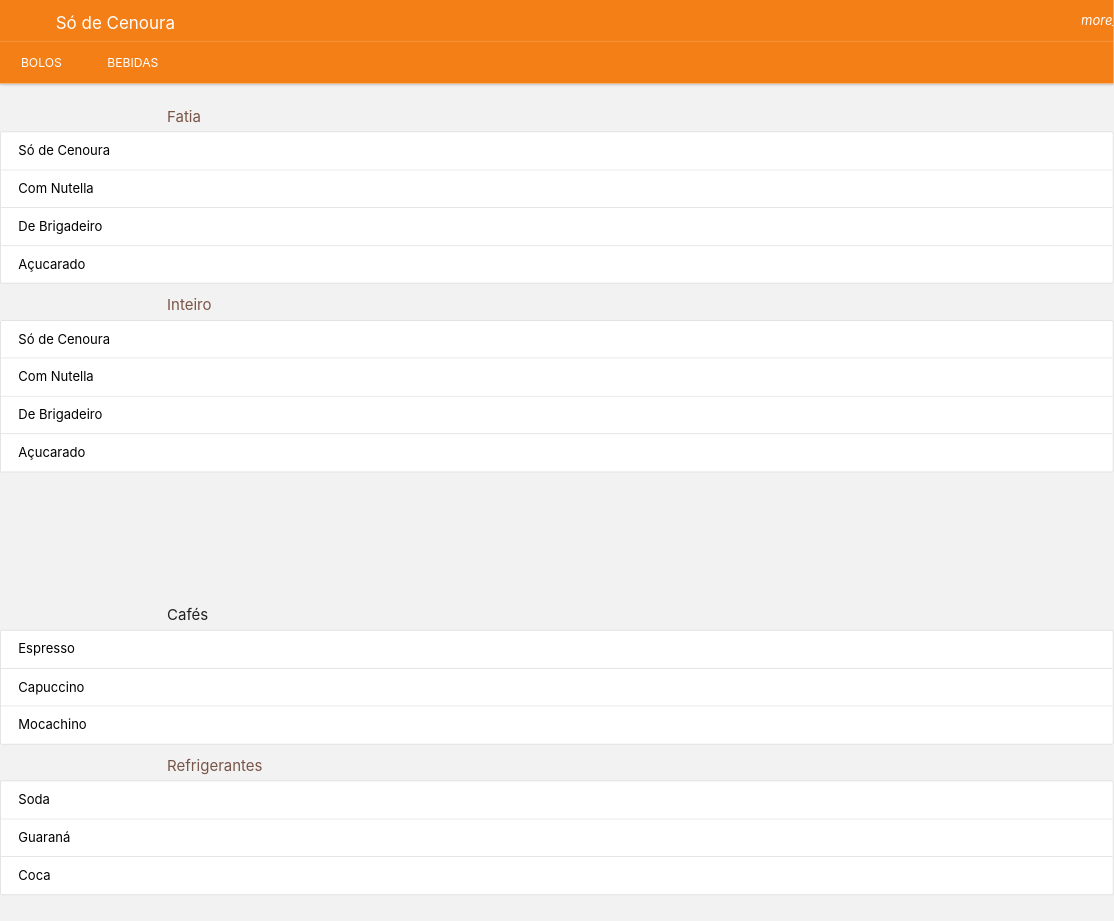
Repository: TaRCioS-CLaY/Mobile_RC_Clay
Page: garconapp/www/index.html
These files come from the project's save history. The page is drawn as it stood at one moment and after the next save; the edit follows.
The browser window is 1280 px wide. The pictures show the whole page, at 87% of full size.

Above is the page before, as saved 2019-05-02 23:45:53.

### garconapp/www/index.html
<!DOCTYPE html>
<html>
  <head>
    <meta	name="viewport" content="width=device-width,	initial-scale=1">
    <meta	charset="utf-8">
    <title>Só	de	Cenoura	Garçom</title>
    <!-- <link	rel="stylesheet" href="css/MaterialIcons-Regular.ttfs"> -->
    <link	rel="stylesheet" href="css/materialize.css">
    <link	rel="stylesheet" href="css/estilos.css">
  </head>
  <body>

    <div	class="topo-fixo	z-depth-1">
    <div	class="valign-wrapper	yellow	darken-4	white-text">
      <h5	class="titulo">Só	de	Cenoura</h5>

      <div>
              <i	class="material-icons	waves-effect
               waves-light	waves-circle">more_vert</i>
      </div>
</div>

    <ul	class="tabs	yellow	darken-4">
      <li	class="tab">
        <a	href="#bolos"
           class="white-text	waves-effect	waves-light">
          Bolos
        </a>
      </li>
      <li	class="tab">
        <a	href="#bebidas"
           class="white-text	waves-effect	waves-light">
          Bebidas
        </a>
      </li>
    </ul>
  </div>

    <div	id="bolos" class="section">
      <h6 class="container brown-text">Fatia</h6>
      <div	class="collection">
        <a	class="collection-item waves-effect black-text">Só	de	Cenoura</a>
        <a	class="collection-item waves-effect black-text">Com	Nutella</a>
        <a	class="collection-item waves-effect black-text">De	Brigadeiro</a>
        <a	class="collection-item waves-effect black-text">Açucarado</a>
      </div>

      <h6 class="container brown-text">Inteiro</h6>
      <div	class="collection">
          <a	class="collection-item waves-effect black-text">Só	de	Cenoura</a>
          <a	class="collection-item waves-effect black-text">Com	Nutella</a>
          <a	class="collection-item waves-effect black-text">De	Brigadeiro</a>
          <a	class="collection-item waves-effect black-text">Açucarado</a>
        </div>
    </div>

      <div	id="bebidas" class="section">
        <h6	class="container">Cafés</h6>
        <div	class="collection">
          <a	class="collection-item waves-effect black-text">Espresso</a>
          <a	class="collection-item waves-effect black-text">Capuccino</a>
          <a	class="collection-item waves-effect black-text">Mocachino</a>
        </div>
        <h6	class="container brown-text">Refrigerantes</h6>
        <div	class="collection">
          <a	class="collection-item waves-effect black-text">Soda</a>
          <a	class="collection-item waves-effect black-text">Guaraná</a>
          <a	class="collection-item waves-effect black-text">Coca</a>
        </div>
      </div>


      <script	src="js/jquery-3.4.0.min.js"></script>
      <script	src="js/materialize.min.js"></script>
  </body>
</html>

### garconapp/www/css/estilos.css
.topo-fixo	{
    position:	fixed;
    top: 0;
    width: 100%;
    z-index: 2;
}

.titulo	{
    font-size: 1.3rem;
    margin-left: 5%;
    margin-right:	auto;
}

.tabs .indicator	{
    background-color:	white;
}

body	{
    background-color: #F2F2F2;
}

.section	{
    padding-top: 125px;
}

Loaded but not shown: garconapp/www/css/materialize.css (library); garconapp/www/js/jquery-3.4.0.min.js (library); garconapp/www/js/materialize.min.js (library)

After the next save:
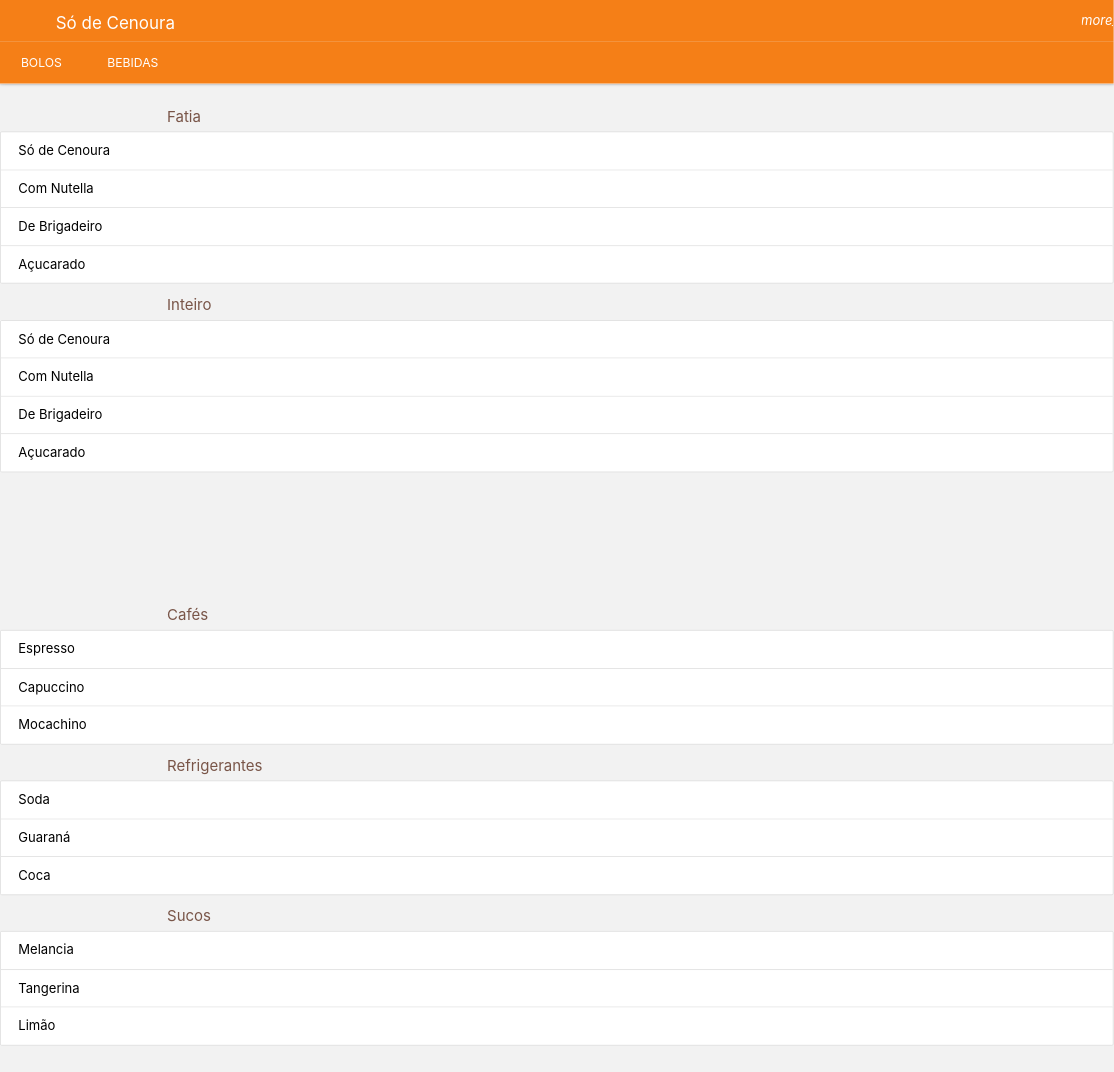
Saved 2 min 11 s later.
--- a/garconapp/www/index.html
+++ b/garconapp/www/index.html
@@ -55,19 +55,27 @@
     </div>
 
       <div	id="bebidas" class="section">
-        <h6	class="container">Cafés</h6>
+        <h6	class="container  brown-text">Cafés</h6>
         <div	class="collection">
           <a	class="collection-item waves-effect black-text">Espresso</a>
           <a	class="collection-item waves-effect black-text">Capuccino</a>
           <a	class="collection-item waves-effect black-text">Mocachino</a>
         </div>
+
         <h6	class="container brown-text">Refrigerantes</h6>
         <div	class="collection">
           <a	class="collection-item waves-effect black-text">Soda</a>
           <a	class="collection-item waves-effect black-text">Guaraná</a>
           <a	class="collection-item waves-effect black-text">Coca</a>
         </div>
-      </div>
+
+        <h6 class="container brown-text">Sucos</h6>
+        <div class="collection">
+            <a class="collection-item waves-effect black-text">Melancia</a>
+            <a class="collection-item waves-effect black-text">Tangerina</a>
+            <a class="collection-item waves-effect black-text">Limão</a>
+        </div>
+    </div>
 
 
       <script	src="js/jquery-3.4.0.min.js"></script>
